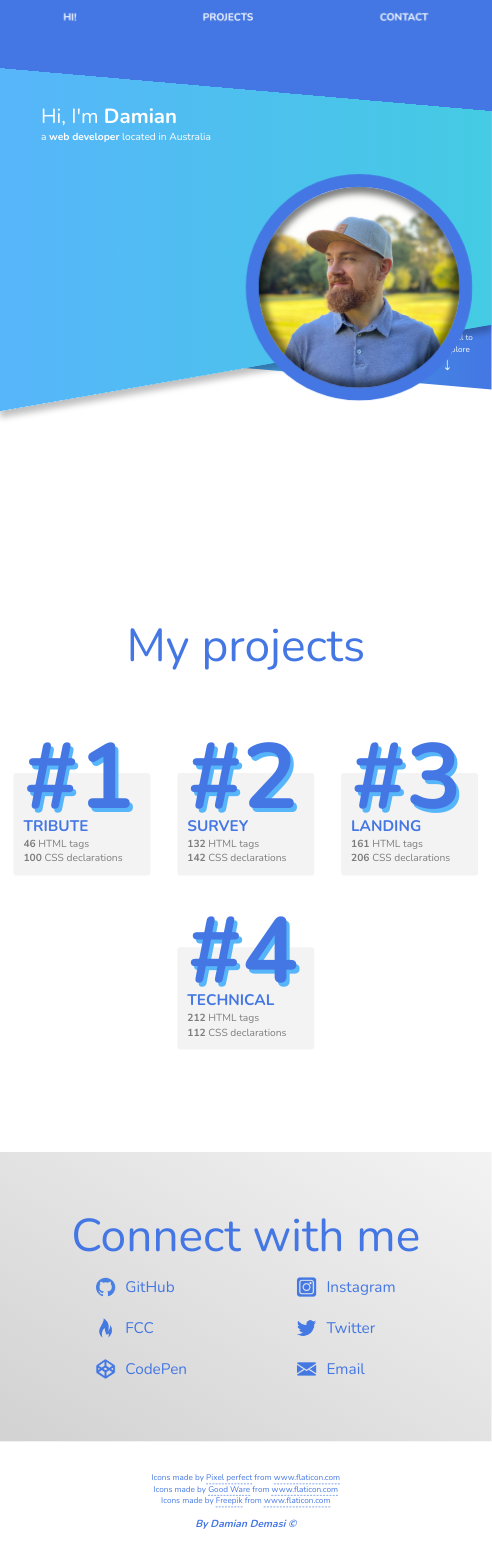
Repository: Colo-Codes/freecodecamp-05-Personal-Portfolio-Webpage
Page: index.html
The author's editor kept a copy of each file at every save. The page is drawn from the files as they stood at one save, then again after the next save.
The browser window is 768 px wide. The pictures show the whole page, at 64% of full size.

Above is the page before, as saved 2021-06-04 08:41:39.

### index.html
<!DOCTYPE html>
<html lang="en">

<head>
    <meta charset="UTF-8">
    <meta http-equiv="X-UA-Compatible" content="IE=edge">
    <meta name="viewport" content="width=device-width, initial-scale=1.0">
    <link rel="preconnect" href="https://fonts.gstatic.com">
    <link href="https://fonts.googleapis.com/css2?family=Nunito:wght@300;400;700&display=swap" rel="stylesheet">
    <link rel="stylesheet" href="./css/index.css">
    <title>Personal Portfolio Webpage</title>
</head>

<body>
    <header>
        <navbar id="navbar">
            <div id="navbar-container">
                <ul id="navbar-flex-container">
                    <li class="navbar-flex-item"><a href="#welcome-section">Hi!</a></li>
                    <li class="navbar-flex-item"><a href="#projects">Projects</a></li>
                    <li class="navbar-flex-item"><a href="#contact">Contact</a></li>
                </ul>
            </div>
        </navbar>
    </header>

    <section id="welcome-section">
        <div id="welcome-section-container">
            <div id="hero-img" role="img"
                aria-label="Damian's profile picture: he has a hat, beard, and he is looking left while standing on a green field.">
            </div>
            <div id="hero-text-container">
                <h1>Hi, I'm <strong>Damian</strong></h1>
                <p>a <strong>web developer</strong> located in Australia</p>
            </div>
        </div>
        <div id="top-layer"></div>
        <div id="bottom-layer">
            <div id="scroll-to-explore">
                <p>Scroll to explore</p>
                <img src="./img/down-arrow.png" alt="Arrow pointing down." height="40px">
            </div>
        </div>
    </section>

    <section id="projects">
        <h2>My projects</h2>
        <div id="project-card-flex-container">

            <div class="project-card">
                <div class="project-card-bg">
                    <div class="project-tile">
                        <a href="https://darthcolo.github.io/freecodecamp-01-Build-a-Tribute-Page/" target="_blank">
                            <h3>#1</h3>
                            <h4>Tribute</h4>
                        </a>
                    </div>
                    <div class="project-descr">
                        <p><strong>46</strong> HTML tags</p>
                        <p><strong>100</strong> CSS declarations</p>
                    </div>
                </div>
            </div>

            <div class="project-card">
                <div class="project-card-bg">
                    <div class="project-tile">
                        <a href="https://darthcolo.github.io/freecodecamp-02-Build-a-Survey-Form/" target="_blank">
                            <h3>#2</h3>
                            <h4>Survey</h4>
                        </a>
                    </div>
                    <div class="project-descr">
                        <p><strong>132</strong> HTML tags</p>
                        <p><strong>142</strong> CSS declarations</p>
                    </div>
                </div>
            </div>

            <div class="project-card">
                <div class="project-card-bg">
                    <div class="project-tile">
                        <a href="https://darthcolo.github.io/freecodecamp-03-Product-Landing-Page/" target="_blank">
                            <h3>#3</h3>
                            <h4>Landing</h4>
                        </a>
                    </div>
                    <div class="project-descr">
                        <p><strong>161</strong> HTML tags</p>
                        <p><strong>206</strong> CSS declarations</p>
                    </div>
                </div>
            </div>

            <div class="project-card">
                <div class="project-card-bg">
                    <div class="project-tile">
                        <a href="https://darthcolo.github.io/freecodecamp-04-Technical-Documentation-Page/" target="_blank">
                            <h3>#4</h3>
                            <h4>Technical</h4>
                        </a>
                    </div>
                    <div class="project-descr">
                        <p><strong>212</strong> HTML tags</p>
                        <p><strong>112</strong> CSS declarations</p>
                    </div>
                </div>
            </div>

        </div>
    </section>

    <section id="contact">
        <h2>Connect with me</h2>
        <div id="contact-networks">
            <div class="contact-networks-col">
                <a href="https://github.com/Darthcolo" id="profile-link" target="_blank"><img src="./img/github.png"
                        width="30px"><span>GitHub</span></a>
                <a href="https://www.freecodecamp.org/darthcolo" id="profile-link-fcc" target="_blank"><img src="./img/fire.png"
                        width="30px"><span>FCC</span></a>
                <a href="https://codepen.io/Darthcolo" id="profile-link-codepen" target="_blank"><img src="./img/3d-outlined-shape.png"
                        width="30px"><span>CodePen</span></a>
            </div>
            <div class="contact-networks-col">
                <a href="https://www.instagram.com/colo.codes/" id="profile-link-instagram" target="_blank"><img src="./img/instagram.png"
                        width="30px"><span>Instagram</span></a>
                <a href="https://twitter.com/DamianDemasi" id="profile-link-twitter" target="_blank"><img src="./img/twitter.png"
                        width="30px"><span>Twitter</span></a>
                <a href="mailto:damian.demasi.1@gmail.com" id="profile-link-email" target="_blank"><img
                        src="./img/email.png" width="30px"><span>Email</span></a>
            </div>
        </div>
    </section>

    <footer>
        <div>Icons made by <a href="https://www.flaticon.com/authors/pixel-perfect" title="Pixel perfect" target="_blank">Pixel
                perfect</a> from <a href="https://www.flaticon.com/" title="Flaticon" target="_blank">www.flaticon.com</a></div>
        <div>Icons made by <a href="https://www.flaticon.com/authors/good-ware" title="Good Ware" target="_blank">Good Ware</a> from <a
                href="https://www.flaticon.com/" title="Flaticon" target="_blank">www.flaticon.com</a></div>
        <div>Icons made by <a href="https://www.freepik.com" title="Freepik" target="_blank">Freepik</a> from <a
                href="https://www.flaticon.com/" title="Flaticon" target="_blank">www.flaticon.com</a></div>
        <p>By Damian Demasi &copy;</p>
    </footer>
</body>

</html>

### css/index.css
/* @media */

/* The height of the welcome section should be equal to the height of the viewport. */

/* The navbar should always be at the top of the viewport. */

/* Border-box and font-size */
html {
    box-sizing: border-box;
    font-size: 16px;
}
body {
    font-family: 'Nunito', sans-serif;
}

/* Reset margins and set global values */

*, *::before, *::after {
    box-sizing: inherit;
    margin: 0;
    padding: 0;
}

a:link {
    text-decoration: none;
}

/* Navbar */

#navbar {
    display: block;
    background-color: #4477E3;
    /* 1rem = 16px -> 18.75rem = 300px */
    height: 18.75rem;
    width: 100%;
    transform: skewY(5deg) translateY(-10rem);
    position: fixed;
    z-index: 4;

}
#navbar-container {
    max-width: 90rem;
    margin: auto;

}

#navbar-flex-container {
    display: flex;
    /* align-items: center; */
    /* justify-content: space-around; */
    height: 100%;
    transform: skewY(-5deg) translateY(5rem);
    z-index: 4;
}
.navbar-flex-item {
    list-style: none;
    margin: 6rem 0 0 8rem;
    font-style: normal;
    font-weight: bold;
    font-size: 1.125rem;
    text-transform: uppercase;
    color: white;

}

#navbar a:link, #navbar a:visited {
    color: white;
}

#navbar a:hover, #navbar a:active, #navbar a:focus {
    border-bottom: 1px dashed white;
}

/* Hero */

#welcome-section {
    height: 200vh;
}

#welcome-section-container {
    /* 1440px = 90rem */
    max-width: 90rem;
    height: 40rem;
    margin: auto;
    position: relative;
}

#hero-text-container h1 {
    padding-top: 17rem;
    margin-left: 8rem;
    font-size: 4.5rem;
    font-weight: 300;
    color: white;
}

#hero-text-container > p {
    margin-left: 8rem;
    font-size: 2.25rem;
    color: white;
    font-weight: 300;
}

#hero-text-container {
    position: relative;
    z-index: 3;
}

#hero-img {
    top: 5rem;
    right: 0rem;
    border-radius: 50%;
    width: 33.125rem;
    height: 33.125rem;
    border: 20px solid #4477E3;
    background: url(../img/6D5BF231-2A3E-4029-9EFE-9C82AF0D506F_1_105_c.jpeg);
    background-position: center;
    background-size: contain;
    background-repeat: no-repeat;
    box-shadow: inset 0px 0px 10px 10px rgba(0, 0, 0, 0.5);
    position: absolute;
    z-index: 5;
}

#top-layer {
    background: #57B5FA; /* fallback for old browsers */
    background: -webkit-linear-gradient(to left, #44CBE3, #57B5FA);  /* Chrome 10-25, Safari 5.1-6 */
    background: linear-gradient(to left, #44CBE3, #57B5FA); /* W3C, IE 10+/ Edge, Firefox 16+, Chrome 26+, Opera 12+, Safari 7+ */
    /* 1rem = 16px -> 60.31rem = 865px + 100px */
    /* height: 60.31rem; */
    height: 100vh;
    width: 100%;
    transform: skewY(-10deg) translateY( -54.06rem );
    box-shadow: 0px 10px 10px rgba(0, 0, 0, 0.25);
    position: relative;
    z-index: 2;

}

#bottom-layer {
    background: #4477E3; /* fallback for old browsers */
    background: -webkit-linear-gradient(to right, #44CBE3, #4477E3);  /* Chrome 10-25, Safari 5.1-6 */
    background: linear-gradient(to right, #44CBE3, #4477E3); /* W3C, IE 10+/ Edge, Firefox 16+, Chrome 26+, Opera 12+, Safari 7+ */
    /* 1rem = 16px -> 54.06rem = 865px */
    height: 54.06rem;
    width: 100%;
    transform: skewY(5deg) translateY(-108.12rem); /* 54.06 * 2 */
    position: relative;
    z-index: 1;

}

#scroll-to-explore {
    position: relative;
    top: 90%;
    margin-left: 90%;
    transform: skewY(-5deg);

}

#scroll-to-explore > p {
    font-size: .8rem;
    color: white;
    font-weight: 300;

}

#scroll-to-explore > img {
    margin-top: .5rem;
    filter: invert(1);
    height: 1rem;
}

/* Projects */

#projects {
    max-width: 62.72rem;
    margin: -100vh auto 0;
    padding-top: 10rem;
}

#project-card-flex-container {
    display: flex;
    justify-content: space-around;
    flex-wrap: wrap;
}

#projects h2 {
    color: #4477E3;
    font-size: 4.5rem;
    font-weight: 300;
    text-align: center;
    margin-bottom: 3.375rem;
}

.project-card {
    display: block;
    width: 13.43rem;
    height: 15rem;
    transition: .3s;
    margin: 1rem;

}

.project-card:hover {
    background: #F3F3F3;
    background-color: #F3F3F3;
    box-shadow: 0px 10px 30px 3px rgba(0, 0, 0, 0.25);
    border-radius: 5px;
    transition: linear;
    transition: .3s;
}

.project-card-bg {
    margin-top: 5rem;
    height: 10rem;
    background-color: #F3F3F3;
    border-radius: 5px;
    position: relative;
}

.project-card-bg div {
    margin-left: 1rem;
}

.project-tile {
    position: relative;
    top: -4rem;
}

.project-descr {
    position: relative;
    top: -4rem;
    color: #7D7D7D;
}

.project-tile h3 {
    font-weight: 700;
    font-size: 9rem;
    line-height: 1;
    text-shadow: 5px 5px #57B5FA;

}

.project-tile h4 {
    margin-top: -1rem;
    font-size: 1.5rem;
    text-transform: uppercase;
    line-height: 1.5;
}

.project-tile a {
    color: #4477E3;
}

/* Contact */

#contact {
    margin-top: 9rem;
    padding: 5.06rem 0;
    width: 100%;
    height: 100%;
    background: #F3F3F3; /* fallback for old browsers */
    background: -webkit-linear-gradient(to top right, #d2d2d2, #F3F3F3);  /* Chrome 10-25, Safari 5.1-6 */
    background: linear-gradient(to top right, #d2d2d2, #F3F3F3); /* W3C, IE 10+/ Edge, Firefox 16+, Chrome 26+, Opera 12+, Safari 7+ */
}

#contact h2 {
    font-size: 4.5rem;
    font-weight: 300;
    color: #4477E3;
    text-align: center;
}

#contact-networks {
    max-width: 40rem;
    display: flex;
    margin: auto;
    justify-content: space-around;
    flex-wrap: wrap;
}

.contact-networks-col {
    display: flex;
    flex-direction: column;
    margin: 0 2rem;
}

.contact-networks-col a {
    font-size: 1.5rem;
    color: #4477E3;
    display: flex;
    align-items: center;
    padding: 1rem;
}

.contact-networks-col a:hover, .contact-networks-col a:active {
    color: white;
    background-color: #4477E3;
}
.contact-networks-col a:hover img, .contact-networks-col a:active img {
    filter: invert(100%) sepia(0%) saturate(7500%) hue-rotate(26deg) brightness(100%) contrast(150%);;
}

.contact-networks-col img {
    margin-right: 1rem;
    filter: invert(37%) sepia(98%) saturate(969%) hue-rotate(201deg) brightness(94%) contrast(89%);
}

/* Footer */

footer {
    color: #4477E3;
    padding-top: 3rem;
    margin-bottom: 2rem;
    text-align: center;
}

footer a:link, footer a:visited {
    color: #4477E3;
    border-bottom: 1px dashed #4477E3;
}

footer a:hover, footer a:active, footer a:focus {
    color: #57B5FA;
    border-bottom: 1px dashed #57B5FA;
}

footer div {
    font-size: .8rem;
}

footer p {
    font-weight: 700;
    font-style: italic;
    margin-top: 1rem;
}

/* Media queries */


@media screen and (max-width: 1350px) {
    #hero-text-container h1 {
        padding-top: 15rem;
        margin-left: 6rem;
        font-size: 3.5rem;
    }

    #hero-text-container > p {
        margin-left: 6rem;
        font-size: 1.8rem;
    }

    #hero-img {
        width: 26.125rem;
        height: 26.125rem;
    }
}

@media screen and (max-width: 1050px) {
    #hero-text-container h1 {
        padding-top: 10rem;
        margin-left: 5rem;
        font-size: 2.5rem;
    }

    #hero-text-container > p {
        margin-left: 5rem;
        font-size: 1.3rem;
    }

    #hero-img {
        width: 23.125rem;
        height: 23.125rem;
    }
}

@media screen and (max-width: 850px) {
    #hero-text-container h1 {
        padding-top: 10rem;
        margin-left: 4rem;
        font-size: 2rem;
    }

    #hero-text-container > p {
        margin-left: 4rem;
        font-size: 1rem;
    }

    .navbar-flex-item {
        margin: 6rem auto 0;
        font-size: 1rem;
    }

    #hero-img {
        position: absolute;
        top: 17rem;
        left: 50%;
        border-radius: 50%;
        width: 22.125rem;
        height: 22.125rem;
        border: 20px solid #4477E3;
        background: url(../img/6D5BF231-2A3E-4029-9EFE-9C82AF0D506F_1_105_c.jpeg);
        background-position: center;
        background-size: contain;
        background-repeat: no-repeat;
        box-shadow: inset 0px 0px 10px 10px rgba(0, 0, 0, 0.5);
        z-index: 5;
    }

}

After the next save:
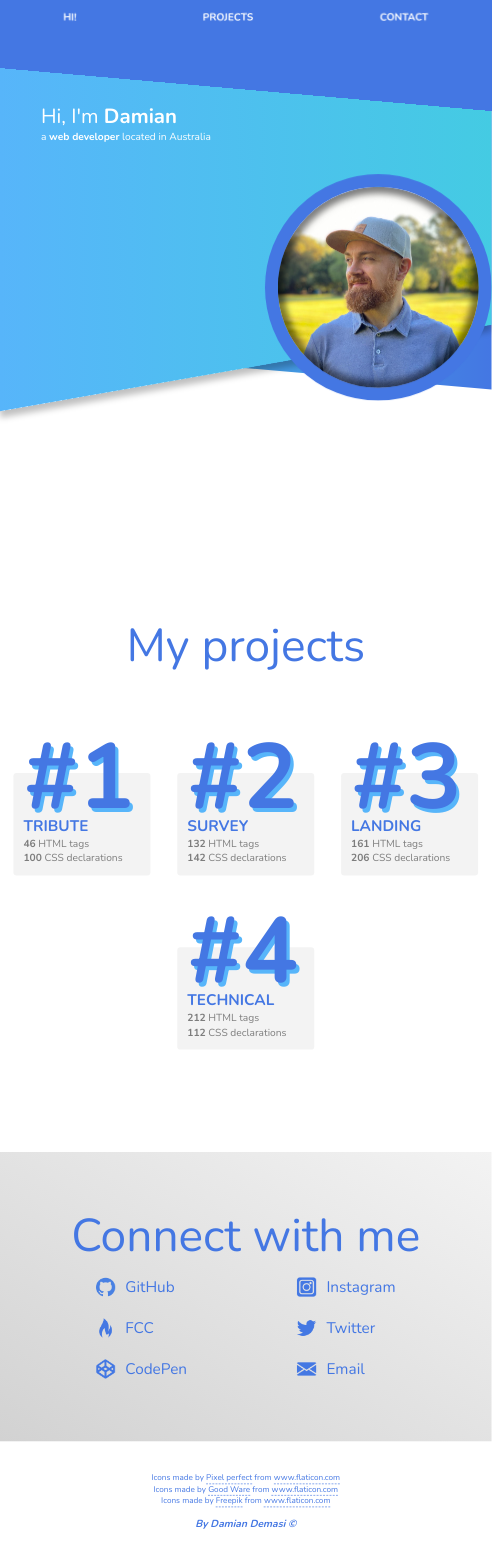
Saved 28 s later.
--- a/css/index.css
+++ b/css/index.css
@@ -394,17 +394,10 @@ footer p {
     #hero-img {
         position: absolute;
         top: 17rem;
-        left: 50%;
+        left: auto;
         border-radius: 50%;
         width: 22.125rem;
         height: 22.125rem;
-        border: 20px solid #4477E3;
-        background: url(../img/6D5BF231-2A3E-4029-9EFE-9C82AF0D506F_1_105_c.jpeg);
-        background-position: center;
-        background-size: contain;
-        background-repeat: no-repeat;
-        box-shadow: inset 0px 0px 10px 10px rgba(0, 0, 0, 0.5);
-        z-index: 5;
-    }
-
-}
+    }
+
+}
